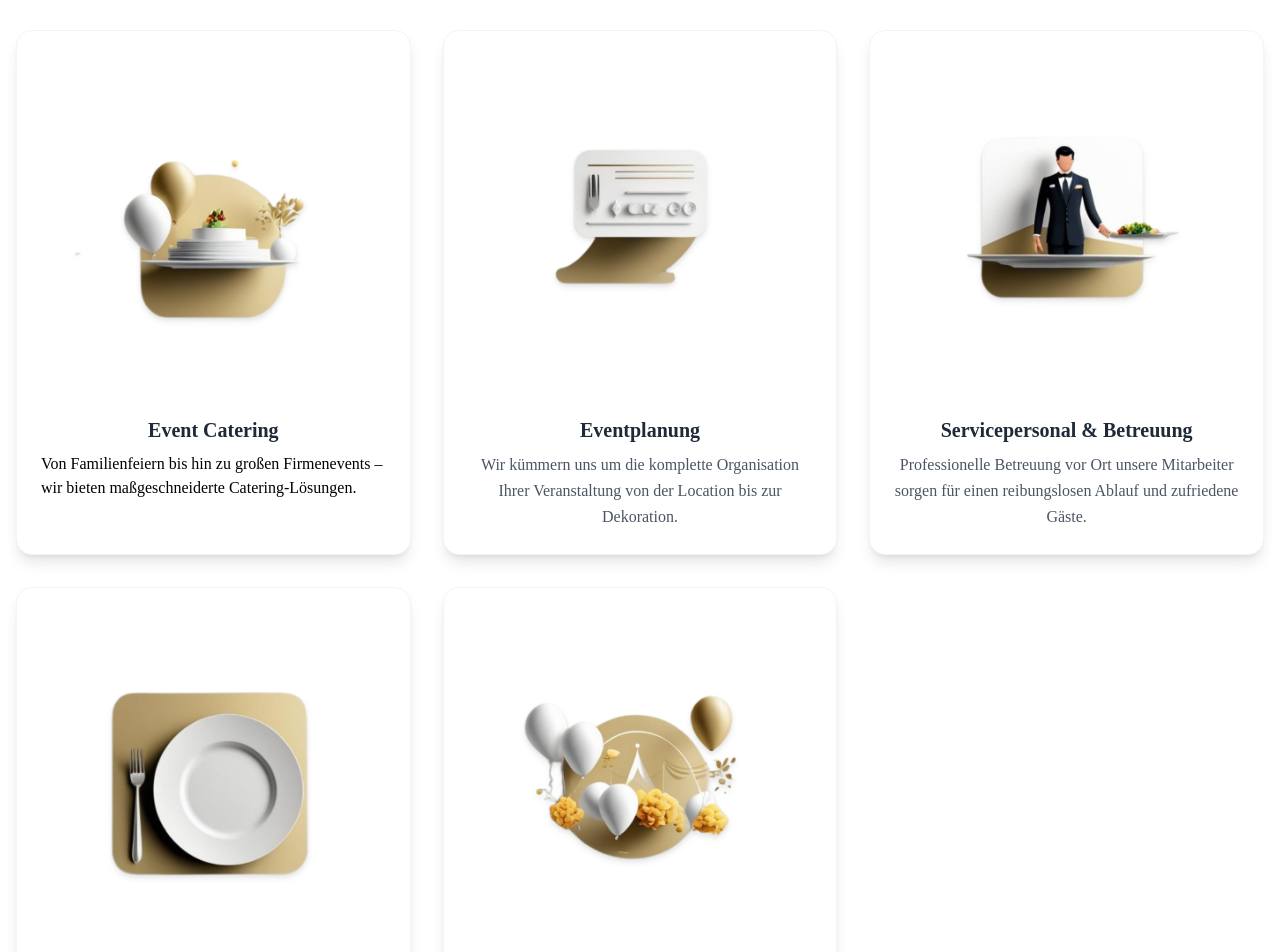
Repository: NikolajMalisch/vilana
Page: index.html
These files come from the project's save history. The page is drawn as it stood at one moment and after the next save; the edit follows.
The browser window is 1280 px wide. The pictures show the part of the page from y = 922 to 1874 px (the page is 2185 px tall).
A picture or video elsewhere on the page could not be fetched, so the positions and the page height are approximate. Some web fonts or font styles are not loaded; a fallback is used. Some web libraries are served in a nearby version.

Above is the page before, as saved 2025-08-01 13:49:38.

### index.html
<head>
    <meta charset="UTF-8" />
    <meta name="viewport" content="width=device-width, initial-scale=1.0" />
    <title>Vilana Event & Catering</title>

    <!-- Tailwind CSS -->
    <script src="https://cdn.tailwindcss.com"></script>

    <!-- Google Fonts -->
    <link href="https://fonts.googleapis.com/css2?family=Cinzel+Decorative&family=Cormorant+SC:wght@400;500;700&display=swap" rel="stylesheet" />

    <!-- Benutzerdefinierte Schriftarten anwenden -->
    <style>
    body {
        font-family: 'Cormorant SC', serif;
        background-color: #fdfaf6;
    }

    h1, h2, h3, p, span {
        font-family: 'Cormorant SC', serif;
    }

    .logo-container {
        display: flex;
        align-items: baseline;
        gap: 0.3rem;
        margin-top: 4px;
    }

    .logo-title {
        font-family: 'Cinzel Decorative', cursive;
        font-size: 1.8rem;
        font-weight: 500;
        letter-spacing: 0.5px;
        line-height: 1.1;
        margin-bottom: 2px;
      color: #1f2937; /* Tailwind gray-800 */
    }

    .logo-subtitle {
        font-family: 'Cormorant SC', serif;
        font-size: 1.2rem;
        font-weight: 400;
        letter-spacing: 0.2px;
        line-height: 1;
        margin-top: 0;
      color: #1f2937; /* Tailwind gray-800 */
    }

    .lang-de, .lang-ru {
        display: none;
    }

    .lang-active {
        display: block;
    }
    </style>
</head>


<body>

<!-- Header -->
    <header class="bg-white shadow-md">
    <div class="container mx-auto px-4 py-4 flex justify-between items-center">
    <div class="logo-container">
        <h1 class="logo-title">Vilana</h1>
        <span class="logo-subtitle">Event & Catering</span>
    </div>

    <!-- Navigation -->
    <div class="flex items-center">
        <nav class="hidden md:flex space-x-8 mr-8">
        <a href="#home" class="text-gray-800 hover:text-amber-800">Startseite</a>
        <a href="#services" class="text-gray-800 hover:text-amber-800">Leistungen</a>
        <a href="menu.html" class="text-gray-800 hover:text-amber-800">Menü</a>
        <a href="galerie.html" class="text-gray-800 hover:text-amber-800">Galerie</a>
        <a href="about.html" class="text-gray-800 hover:text-amber-800">Über uns</a>
        <a href="contact.html" class="text-gray-800 hover:text-amber-800">Kontakt</a>
        </nav>

        <!-- Language Switcher -->
        <div class="language-selector">
        <button onclick="setLanguage('de')" class="px-2 lang-active">🇩🇪</button>
        <button onclick="setLanguage('ru')" class="px-2">🇷🇺</button>
        </div>

        <!-- Mobile Menu Button -->
        <button onclick="toggleMobileMenu()" class="md:hidden text-gray-700 ml-4">
        <svg xmlns="http://www.w3.org/2000/svg" class="h-6 w-6" fill="none" viewBox="0 0 24 24" stroke="currentColor">
            <path stroke-linecap="round" stroke-linejoin="round" stroke-width="2" d="M4 6h16M4 12h16M4 18h16" />
        </svg>
        </button>
    </div>
    </div>

    <!-- Mobile Navigation -->
    <div id="mobile-menu" class="hidden md:hidden bg-white py-2 px-4 shadow-lg">
    <nav class="flex flex-col space-y-3">
        <a href="#home" class="text-gray-800 hover:text-amber-800">Startseite</a>
        <a href="#services" class="text-gray-800 hover:text-amber-800">Leistungen</a>
        <a href="menu.html" class="text-gray-800 hover:text-amber-800">Menü</a>
        <a href="galerie.html" class="text-gray-800 hover:text-amber-800">Galerie</a>
        <a href="about.html" class="text-gray-800 hover:text-amber-800">Über uns</a>
        <a href="contact.html" class="text-gray-800 hover:text-amber-800">Kontakt</a>
    </nav>
    </div>
</header>

<!-- Hero Section -->
<section id="home" class="bg-[#0e0e0e] text-white py-20 flex items-center justify-center text-center">
    <div class="container mx-auto px-4">
    <img src="images/vilana_logo.png" alt="Vilana Logo" class="h-60 sm:h-80 mx-auto drop-shadow-lg transition-transform duration-300 hover:scale-105">
    <p class="text-xl md:text-2xl mb-4 max-w-2xl mx-auto lang lang-de">Liebe zum Detail</p>
    <p class="text-xl md:text-2xl mb-4 max-w-2xl mx-auto lang lang-ru">Любовь к деталям</p>
    <p class="text-lg md:text-xl mb-8 max-w-2xl mx-auto lang lang-de">Erleben Sie Catering neu mit Liebe, Geschmack und Stil</p>
    <p class="text-lg md:text-xl mb-8 max-w-2xl mx-auto lang lang-ru">Откройте для себя кейтеринг заново – с любовью, вкусом и стилем</p>
    <a href="contact.html" class="bg-amber-600 hover:bg-amber-700 text-white font-bold py-3 px-8 rounded-full transition duration-300 inline-block lang lang-de">Kontaktieren Sie uns</a>
    <div class="mt-12 text-3xl animate-bounce text-white">↓</div>
    </div>
</section>

<!-- Leistungen -->
<section id="services" class="py-16 bg-white">
<div class="container mx-auto px-4">
    <h2 class="text-3xl md:text-4xl font-bold text-center mb-12 lang lang-de">Unsere Leistungen</h2>
    <h2 class="text-3xl md:text-4xl font-bold text-center mb-12 lang lang-ru">Наши услуги</h2>

    <div class="grid grid-cols-1 md:grid-cols-2 lg:grid-cols-3 gap-8">

    <!-- Event Catering -->
    <div class="bg-white rounded-2xl p-6 shadow-lg hover:shadow-2xl transition-shadow duration-300 border border-gray-100">
        <img src="images/Без названия (500 x 500 пикс.) new/Catering.png" alt="Event Catering" class="w-25 h-25 mb-4 mx-auto drop-shadow-md">
        <h3 class="text-xl font-semibold text-center text-gray-800 mb-2 lang lang-de">Event Catering</h3>
        <h3 class="text-xl font-semibold text-center text-gray-800 mb-2 lang lang-ru">Кейтеринг</h3>
        <p class="<p class="text-gray-700 text-center leading-relaxed font-medium lang lang-de">
  Von Familienfeiern bis hin zu großen Firmenevents – wir bieten maßgeschneiderte Catering-Lösungen.
</p>

        <p class="text-gray-600 text-center leading-relaxed lang lang-ru">От семейных праздников до крупных корпоративов мы предлагаем кейтеринг решения под ключ.</p>
    </div>

    <!-- Eventplanung -->
    <div class="bg-white rounded-2xl p-6 shadow-lg hover:shadow-2xl transition-shadow duration-300 border border-gray-100">
        <img src="images/Без названия (500 x 500 пикс.) new/Eventplanung.png" alt="Eventplanung" class="w-25 h-25 mb-4 mx-auto drop-shadow-md">
        <h3 class="text-xl font-semibold text-center text-gray-800 mb-2 lang lang-de">Eventplanung</h3>
        <h3 class="text-xl font-semibold text-center text-gray-800 mb-2 lang lang-ru">Планирование мероприятий</h3>
        <p class="text-gray-600 text-center leading-relaxed lang lang-de">Wir kümmern uns um die komplette Organisation Ihrer Veranstaltung von der Location bis zur Dekoration.</p>
        <p class="text-gray-600 text-center leading-relaxed lang lang-ru">Мы берём на себя всю организацию вашего мероприятия от выбора площадки до оформления зала.</p>
    </div>

    <!-- Servicepersonal -->
    <div class="bg-white rounded-2xl p-6 shadow-lg hover:shadow-2xl transition-shadow duration-300 border border-gray-100">
        <img src="images/Без названия (500 x 500 пикс.) new/Service.png" alt="Servicepersonal" class="w-25 h-25 mb-4 mx-auto drop-shadow-md">
        <h3 class="text-xl font-semibold text-center text-gray-800 mb-2 lang lang-de">Servicepersonal & Betreuung</h3>
        <h3 class="text-xl font-semibold text-center text-gray-800 mb-2 lang lang-ru">Персонал и сопровождение</h3>
        <p class="text-gray-600 text-center leading-relaxed lang lang-de">Professionelle Betreuung vor Ort unsere Mitarbeiter sorgen für einen reibungslosen Ablauf und zufriedene Gäste.</p>
        <p class="text-gray-600 text-center leading-relaxed lang lang-ru">Профессиональное сопровождение наши сотрудники обеспечат безупречное проведение мероприятия.</p>
    </div>

    <!-- Mobiles Buffet -->
    <div class="bg-white rounded-2xl p-6 shadow-lg hover:shadow-2xl transition-shadow duration-300 border border-gray-100">
        <img src="images/Без названия (500 x 500 пикс.) new/Besteck.png" alt="Mobiles Buffet" class="w-25 h-25 mb-4 mx-auto drop-shadow-md">
        <h3 class="text-xl font-semibold text-center text-gray-800 mb-2 lang lang-de">Mobiles Buffet & Equipment</h3>
        <h3 class="text-xl font-semibold text-center text-gray-800 mb-2 lang lang-ru">Мобильный буфет и оборудование</h3>
        <p class="text-gray-600 text-center leading-relaxed lang lang-de">Alles aus einer Hand wir bringen Geschirr,Besteck und Buffet direkt zu Ihrer Veranstaltung.</p>
        <p class="text-gray-600 text-center leading-relaxed lang lang-ru">Всё под ключ мы привозим посуду,приборы и буфет прямо на место проведения.</p>
    </div>

    <!-- Themen-Events -->
    <div class="bg-white rounded-2xl p-6 shadow-lg hover:shadow-2xl transition-shadow duration-300 border border-gray-100">
        <img src="images/Без названия (500 x 500 пикс.) new/Themen.png" alt="Themen Events" class="w-25 h-25 mb-4 mx-auto drop-shadow-md">
        <h3 class="text-xl font-semibold text-center text-gray-800 mb-2 lang lang-de">Themen-Events & Konzepte</h3>
        <h3 class="text-xl font-semibold text-center text-gray-800 mb-2 lang lang-ru">Тематические мероприятия</h3>
        <p class="text-gray-600 text-center leading-relaxed lang lang-de">Ob Oktoberfest,russische Hochzeit oder Business Brunch wir gestalten Ihr Event individuell und mit Konzept.</p>
        <p class="text-gray-600 text-center leading-relaxed lang lang-ru">Октоберфест,русская свадьба или деловой бранч мы оформим ваше мероприятие с уникальной концепцией.</p>
    </div>

    </div>
</div>
</section>


<!-- Footer -->
<footer class="bg-gray-800 text-white py-8">
    <div class="container mx-auto px-4 text-center">
    <p>&copy; 2025 Vilana Event & Catering. Alle Rechte vorbehalten.</p>
    </div>
</footer>

<!-- Language Switch & Mobile Menu -->
<script>
function setLanguage(lang) {
    document.querySelectorAll('.lang').forEach(el => el.classList.remove('lang-active'));
    document.querySelectorAll('.lang-' + lang).forEach(el => el.classList.add('lang-active'));
}

    function toggleMobileMenu() {
    const menu = document.getElementById("mobile-menu");
    menu.classList.toggle("hidden");
    }

  // Default language
    setLanguage('de');
</script>

</body>
</html>

After the next save:
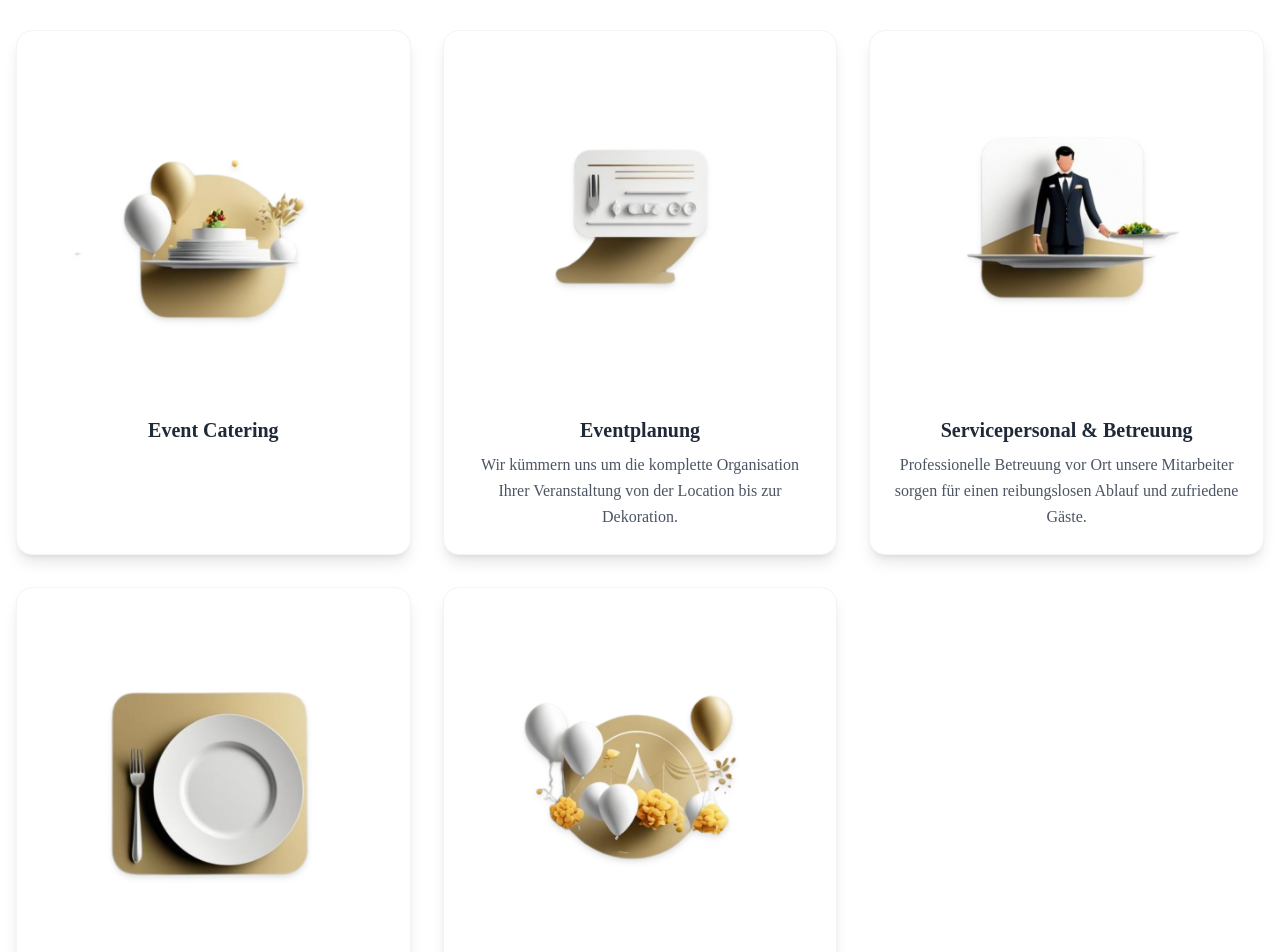
Saved 6 s later.
--- a/index.html
+++ b/index.html
@@ -133,8 +133,7 @@
         <img src="images/Без названия (500 x 500 пикс.) new/Catering.png" alt="Event Catering" class="w-25 h-25 mb-4 mx-auto drop-shadow-md">
         <h3 class="text-xl font-semibold text-center text-gray-800 mb-2 lang lang-de">Event Catering</h3>
         <h3 class="text-xl font-semibold text-center text-gray-800 mb-2 lang lang-ru">Кейтеринг</h3>
-        <p class="<p class="text-gray-700 text-center leading-relaxed font-medium lang lang-de">
-  Von Familienfeiern bis hin zu großen Firmenevents – wir bieten maßgeschneiderte Catering-Lösungen.
+        <p class="<p class="text-gray-700 text-center leading-relaxed font-medium lang lang-de"Von Familienfeiern bis hin zu großen Firmenevents – wir bieten maßgeschneiderte Catering-Lösungen.
 </p>
 
         <p class="text-gray-600 text-center leading-relaxed lang lang-ru">От семейных праздников до крупных корпоративов мы предлагаем кейтеринг решения под ключ.</p>

After the 3 saves that followed:
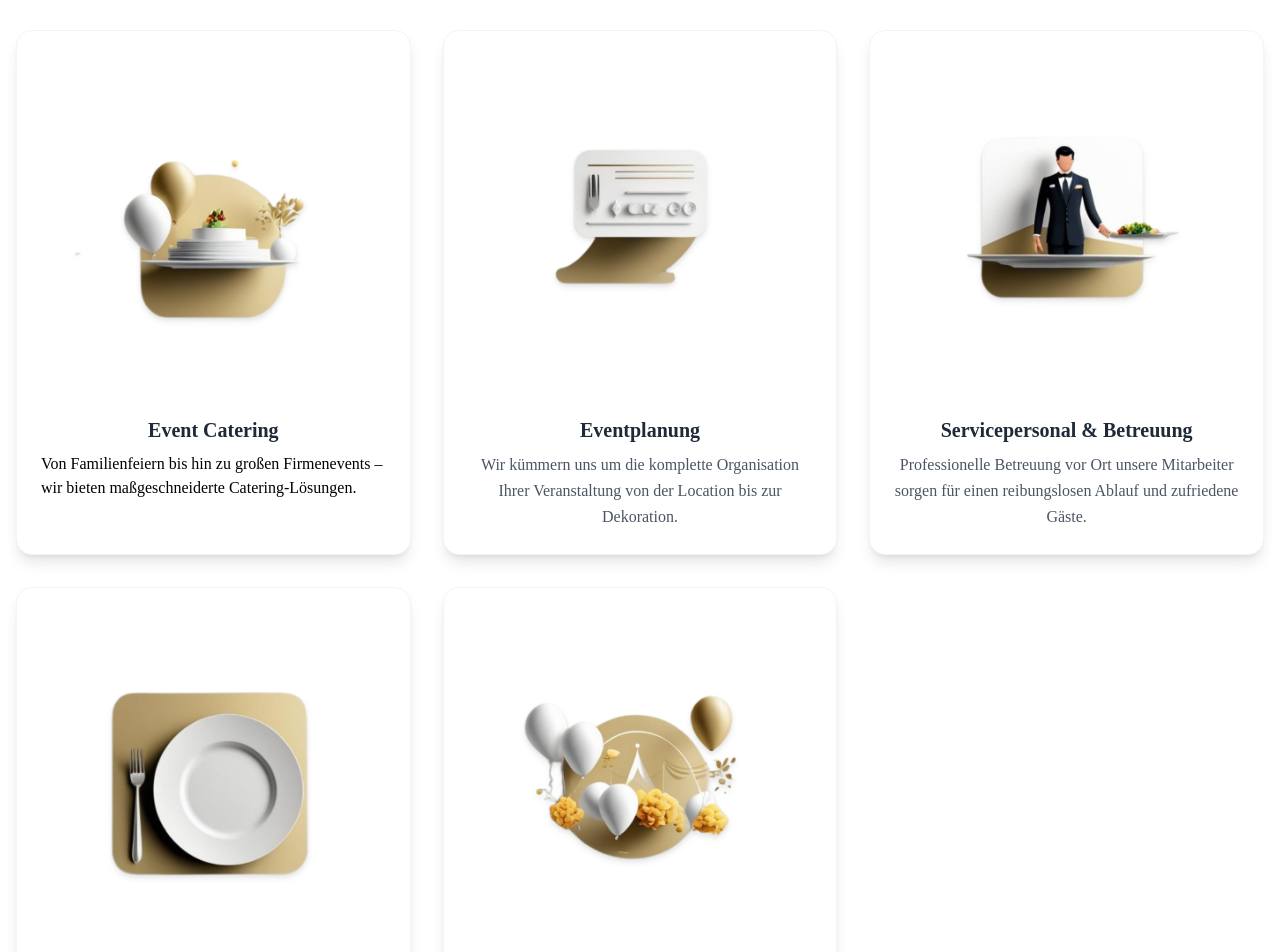
The 3 saves are shown as one change because they came seconds apart.
The last was saved 18 s later.
--- a/index.html
+++ b/index.html
@@ -133,7 +133,7 @@
         <img src="images/Без названия (500 x 500 пикс.) new/Catering.png" alt="Event Catering" class="w-25 h-25 mb-4 mx-auto drop-shadow-md">
         <h3 class="text-xl font-semibold text-center text-gray-800 mb-2 lang lang-de">Event Catering</h3>
         <h3 class="text-xl font-semibold text-center text-gray-800 mb-2 lang lang-ru">Кейтеринг</h3>
-        <p class="<p class="text-gray-700 text-center leading-relaxed font-medium lang lang-de"Von Familienfeiern bis hin zu großen Firmenevents – wir bieten maßgeschneiderte Catering-Lösungen.
+        <p class="<p class="text-gray-700 text-center leading-relaxed font-medium lang lang-de"></p>Von Familienfeiern bis hin zu großen Firmenevents – wir bieten maßgeschneiderte Catering-Lösungen.
 </p>
 
         <p class="text-gray-600 text-center leading-relaxed lang lang-ru">От семейных праздников до крупных корпоративов мы предлагаем кейтеринг решения под ключ.</p>
